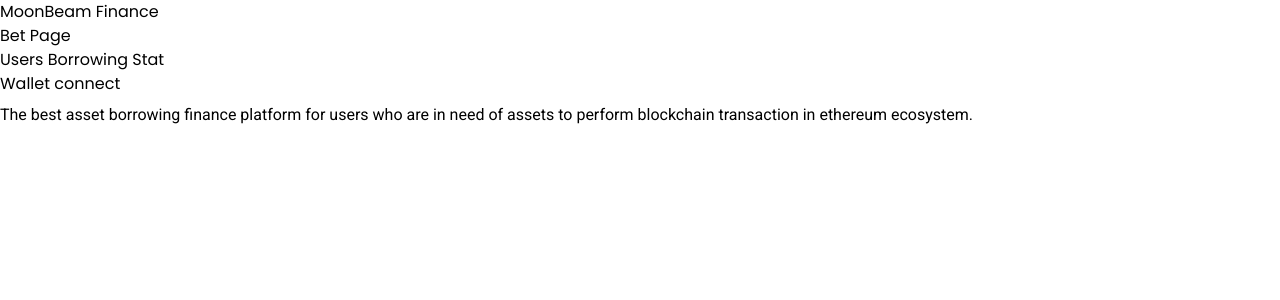
Repository: chinkauchenna2021/baseFinance
Page: /
An editor plug-in stored every save of this project. The page is shown before and after the next save, followed by the edit.
The browser window is 1280 px wide. The pictures show the whole page.
The project was rebuilt for these pictures with package versions that can differ from the ones it lists, and the page was loaded fresh each time. Also part of the build but not shown: vue.config.js.

Above is the page before, as saved 2023-07-03 08:47:01.

After the next save:
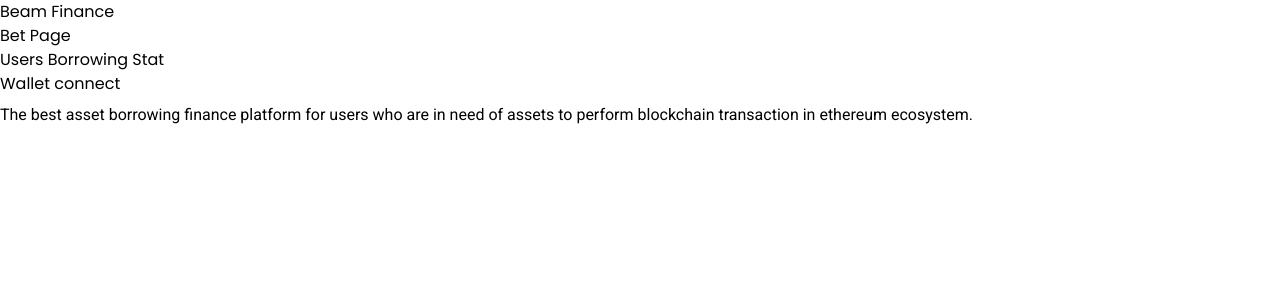
Saved 19 min 31 s later.
--- a/src/views/components/pages/layouts/Header.vue
+++ b/src/views/components/pages/layouts/Header.vue
@@ -1,9 +1,9 @@
 <template>
       <div class="w-full flex justify-between items-center h-14 border-b border-b-slate-100 " >
          <div class="w-fit h-fit">
-            <div class="text-sm font-bold text-blue-700/50">MoonBeam Finance</div>
+            <div class="text-md font-bold text-blue-700/50">Beam Finance</div>
          </div>
-         <div class="w-fit flex justify-between items-center lg:w-4/12">
+         <div class="w-fit flex justify-between items-center lg:w-7/12">
             <div class="text-[14px] w-fit cursor-pointer">Bet Page</div>
             <div class="text-[14px] w-fit cursor-pointer">Users Borrowing Stat</div>
             <div class="">
